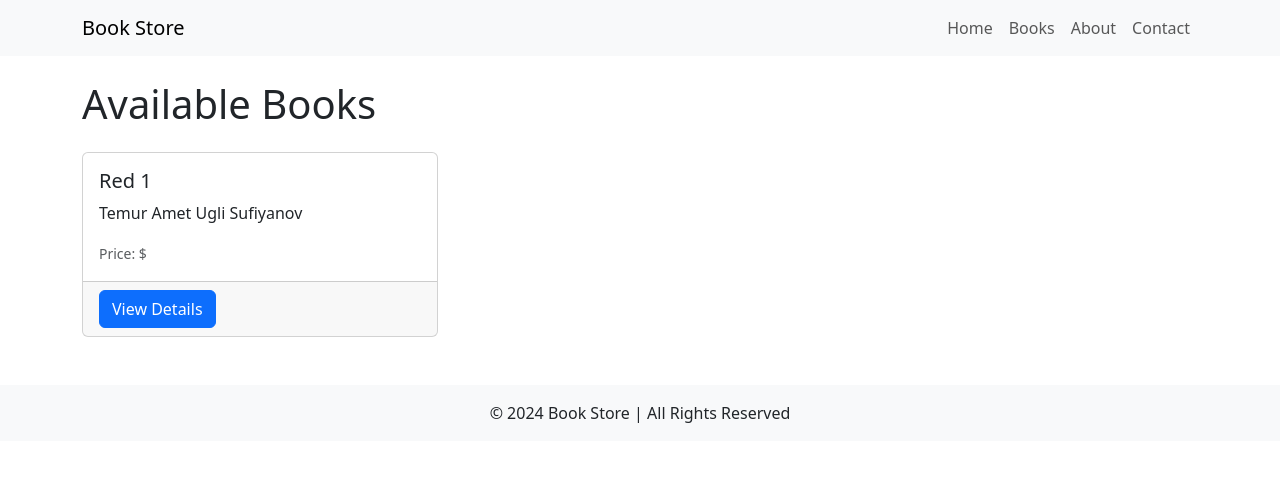
Repository: Temur-Sufiyanov/CBV
Page: http://localhost/
These files come from the project's save history. The page is drawn as it stood at one moment and after the next save; the edit follows.
The browser window is 1280 px wide. The pictures show the whole page.
The page is served by the project's application, run on Django 5.2 (manage.py). Other server files are loaded and not shown. The page reads the database file committed with the project.

Above is the page before, as saved 2024-12-14 12:18:28.

### book/templates/book/home.html
{% extends 'book/base.html' %}

{% block content %}
<h1 class="mb-4">Available Books</h1>
<div class="row">
    {% for book in books %}
        <div class="col-md-4 mb-4">
            <div class="card h-100">
                <div class="card-body">
                    <h5 class="card-title">{{ book.title }}</h5>
                    <p class="card-text">{{ book.author }}</p>
                    <p class="card-text"><small class="text-muted">Price: ${{ book.price }}</small></p>
                </div>
                <div class="card-footer">
                    <a href="{{ book.slug}}/" class="btn btn-primary">View Details</a>
                </div>
            </div>
        </div>
    {% endfor %}
</div>
{% endblock %}

### book/templates/book/base.html
<!DOCTYPE html>
<html lang="en">
<head>
    <meta charset="UTF-8">
    <meta name="viewport" content="width=device-width, initial-scale=1.0">
    <title>Book Store</title>
    <!-- CSS (Bootstrap for styling, you can replace with your own styles) -->
    <link rel="stylesheet" href="https://cdn.jsdelivr.net/npm/bootstrap@5.3.0/dist/css/bootstrap.min.css">
</head>
<body>
    <!-- Navbar -->
    <nav class="navbar navbar-expand-lg navbar-light bg-light">
        <div class="container">
            <a class="navbar-brand" href="/">Book Store</a>
            <button class="navbar-toggler" type="button" data-bs-toggle="collapse" data-bs-target="#navbarNav" aria-controls="navbarNav" aria-expanded="false" aria-label="Toggle navigation">
                <span class="navbar-toggler-icon"></span>
            </button>
            <div class="collapse navbar-collapse" id="navbarNav">
                <ul class="navbar-nav ms-auto">
                    <li class="nav-item">
                        <a class="nav-link" href="/">Home</a>
                    </li>
                    <li class="nav-item">
                        <a class="nav-link" href="/books/">Books</a>
                    </li>
                    <li class="nav-item">
                        <a class="nav-link" href="/about/">About</a>
                    </li>
                    <li class="nav-item">
                        <a class="nav-link" href="/contact/">Contact</a>
                    </li>
                </ul>
            </div>
        </div>
    </nav>

    <!-- Main Content Area -->
    <div class="container mt-4">
        {% block content %}
        <!-- Content will be injected here -->
        {% endblock %}
    </div>

    <!-- Footer -->
    <footer class="bg-light text-center text-lg-start mt-4">
        <div class="text-center p-3">
            © 2024 Book Store | All Rights Reserved
        </div>
    </footer>

    <!-- JS (Bootstrap and other scripts) -->
    <script src="https://cdn.jsdelivr.net/npm/bootstrap@5.3.0/dist/js/bootstrap.bundle.min.js"></script>
</body>
</html>

### book/models.py
from django.db import models

# Create your models here.

class Book(models.Model):
    title = models.CharField(max_length=200)
    author = models.CharField(max_length=150)
    genre = models.CharField(max_length=59)
    slug = models.SlugField(null=True)
    count = models.IntegerField(null=True, default=0)


    def __str__(self):
        return self.title

### book/views.py
from django.shortcuts import render
from django.views.generic.base import TemplateView
from django.views.generic.list import ListView
from django.views.generic.detail import DetailView
from .models import Book
# Create your views here.

# class IndexView(TemplateView):

#     template_name = 'book/home.html'

#     def get_context_data(self, **kwargs):
#         context = super().get_context_data(**kwargs)
#         context['books'] = Book.objects.all()

#         return context

class IndexView(ListView):
    model = Book
    template_name = 'book/home.html'
    context_object_name = 'books'
    paginate_by = 1

class BookDetail(DetailView):

    model = Book
    template_name = 'book/book_detail.html'
    context_object_name = 'book'

### core/urls.py
"""
URL configuration for core project.

The `urlpatterns` list routes URLs to views. For more information please see:
    https://docs.djangoproject.com/en/5.1/topics/http/urls/
Examples:
Function views
    1. Add an import:  from my_app import views
    2. Add a URL to urlpatterns:  path('', views.home, name='home')
Class-based views
    1. Add an import:  from other_app.views import Home
    2. Add a URL to urlpatterns:  path('', Home.as_view(), name='home')
Including another URLconf
    1. Import the include() function: from django.urls import include, path
    2. Add a URL to urlpatterns:  path('blog/', include('blog.urls'))
"""
from django.contrib import admin
from django.urls import path, include

urlpatterns = [
    path('admin/', admin.site.urls),
    # path('', include('cbv.urls')),
    path('',include('book.urls')),
]

### book/urls.py
from django.urls import path
from .views import IndexView, BookDetail

urlpatterns = [
    path('', IndexView.as_view(), name='home'),
    path('<slug:slug>/', BookDetail.as_view(), name='book-detail'),
]

### db.sqlite3 (the tables this page reads, as SQL)
CREATE TABLE "book_book" ("id" integer NOT NULL PRIMARY KEY AUTOINCREMENT, "title" varchar(200) NOT NULL, "author" varchar(150) NOT NULL, "genre" varchar(59) NOT NULL, "slug" varchar(50) NULL, "count" integer NULL);
INSERT INTO "book_book" VALUES
(1, 'Red 1', 'Temur Amet Ugli Sufiyanov', 'Fiction', 'fiction', 4),
(2, 'Progarmming', 'Temur Amet Ugli Sufiyanov', 'programming', 'progarmming', 7),
(3, 'Python', 'Settarov', 'programming', NULL, 0),
(4, 'Python', 'Settarov', 'programming', NULL, 0),
(5, 'Python', 'Settarov', 'programming', NULL, 0),
(6, 'Django', 'Temur', 'IT', 'django', 0),
(7, 'HI', 'Feruz', 'Fantasysss', 'hi', 0);

After the next save:
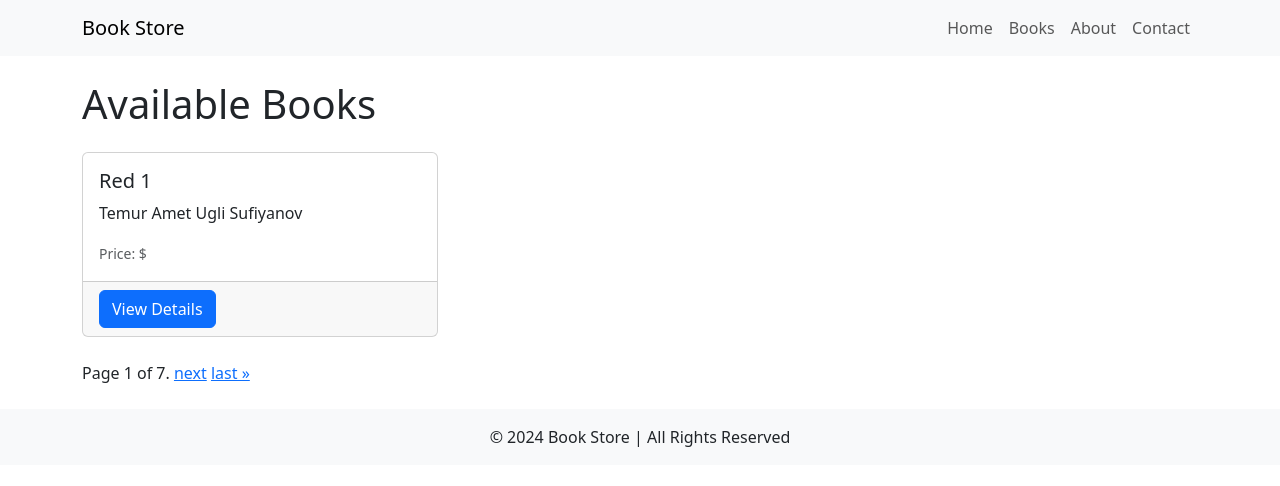
Saved 2 min 2 s later.
--- a/book/templates/book/home.html
+++ b/book/templates/book/home.html
@@ -18,4 +18,21 @@
         </div>
     {% endfor %}
 </div>
+<div class="pagination">
+    <span class="step-links">
+        {% if page_obj.has_previous %}
+            <a href="?page=1">&laquo; first</a>
+            <a href="?page={{ page_obj.previous_page_number }}">previous</a>
+        {% endif %}
+
+        <span class="current">
+            Page {{ page_obj.number }} of {{ page_obj.paginator.num_pages }}.
+        </span>
+
+        {% if page_obj.has_next %}
+            <a href="?page={{ page_obj.next_page_number }}">next</a>
+            <a href="?page={{ page_obj.paginator.num_pages }}">last &raquo;</a>
+        {% endif %}
+    </span>
+</div>
 {% endblock %}
